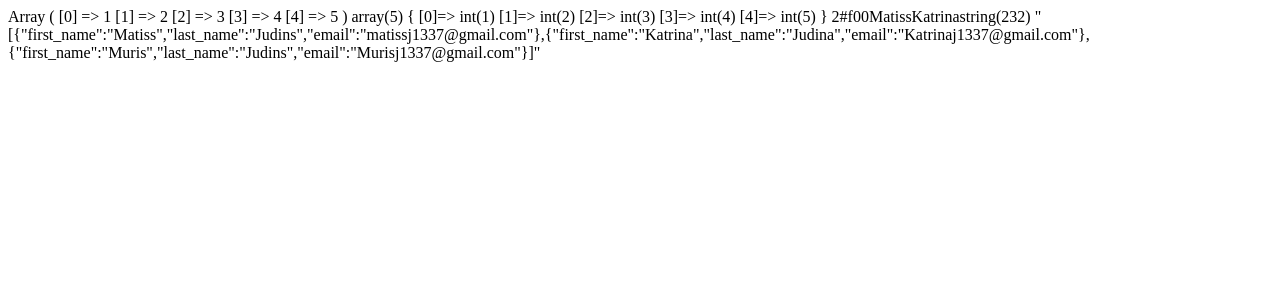
Repository: Matiss1337/PHP
Page: http://localhost/03_arrays.php
An editor plug-in stored every save of this project. The page is shown before and after the next save, followed by the edit.
The browser window is 1280 px wide. The pictures show the whole page.
The page is run by PHP 8.4 with error messages shown; the project is at /var/www/html/.

Above is the page before, as saved 2023-02-14 10:45:06.

After the next save:
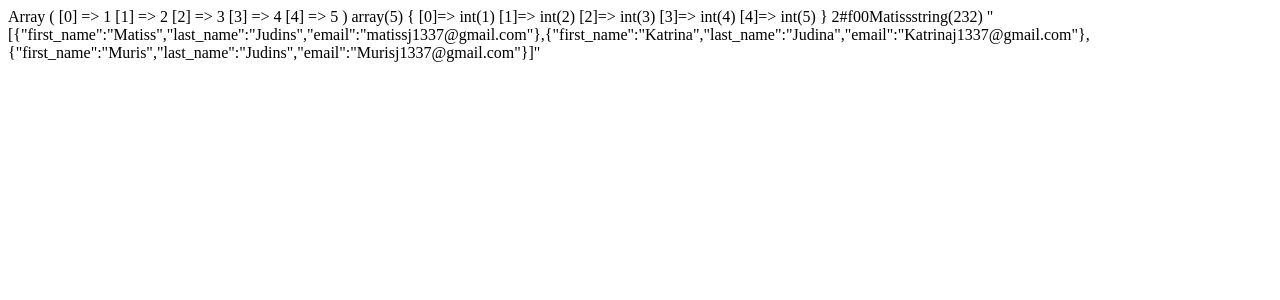
Saved 22 s later.
--- a/03_arrays.php
+++ b/03_arrays.php
@@ -42,6 +42,6 @@ $people = [
 ]
 ];
 // targets 1st by id in array and echos name value
-echo $people[1]["first_name"];
+// echo $people[1]["first_name"];
 
 var_dump(json_encode($people));
